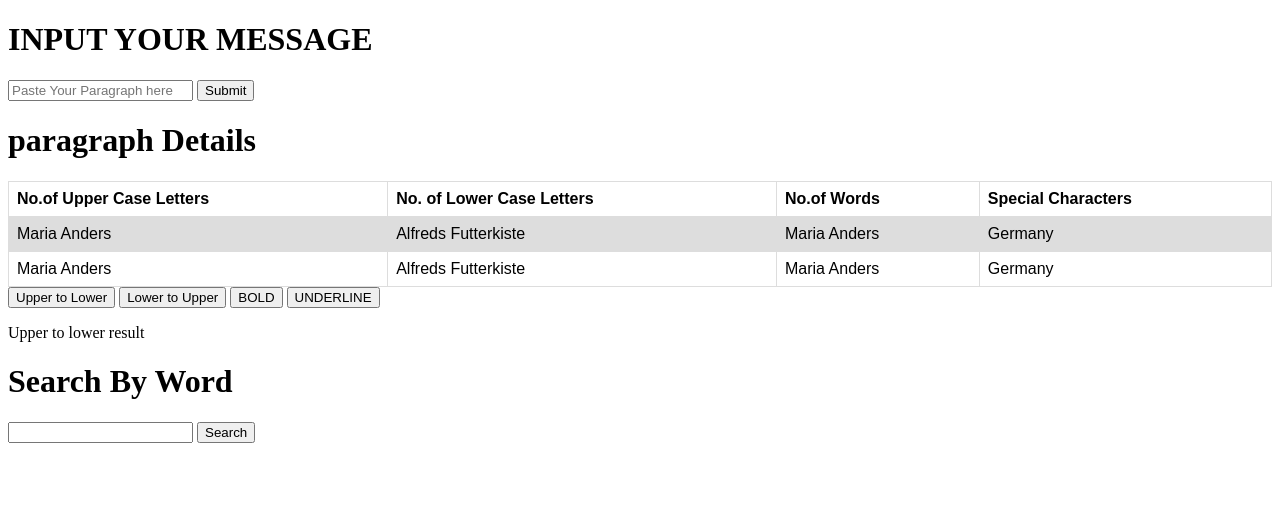
Repository: SharonSebastian32/Paragraph_management_application
Page: index.html
These files come from the project's save history. The page is drawn as it stood at one moment and after a run of saves; the edit follows.
The browser window is 1280 px wide. The pictures show the whole page.

Above is the page before, as saved 2024-08-22 14:39:59.

### index.html
<!DOCTYPE html>
<html lang="en">
  <head>
    <meta charset="UTF-8" />
    <meta name="viewport" content="width=device-width, initial-scale=1.0" />
    <title>Document</title>
    <link rel="stylesheet" href="./Style.css" />
  </head>
  <body>
    <div class="container">
      <h1>INPUT YOUR MESSAGE</h1>
      <form action="">
        <input
          type="textarea"
          name=""
          id=""
          placeholder="Paste Your Paragraph here"
        />
        <button>Submit</button>
      </form>
    </div>

    <div>
      <h1>paragraph Details</h1>
      <table>
        <tr>
          <th>No.of Upper Case Letters</th>
          <th>No. of Lower Case Letters</th>
          <th>No.of Words</th>
          <th>Special Characters</th>
        </tr>
        <tr>
          <td>Maria Anders</td>
          <td>Alfreds Futterkiste</td>
          <td>Maria Anders</td>
          <td>Germany</td>
        </tr>
        <tr>
          <td>Maria Anders</td>
          <td>Alfreds Futterkiste</td>
          <td>Maria Anders</td>
          <td>Germany</td>
        </tr>
      </table>
    </div>
    <div>
      <button>Upper to Lower</button>
      <button>Lower to Upper</button>
      <button>BOLD</button>
      <button>UNDERLINE</button>
    </div>
    <p>Upper to lower result</p>
    <p></p>
    <div>
      <h1>Search By Word</h1>
      <input type="text" name="" id="" />
      <button>Search</button>
    </div>
  </body>
</html>

Loaded but not shown: Style.css (common file)

After the next 2 saves:
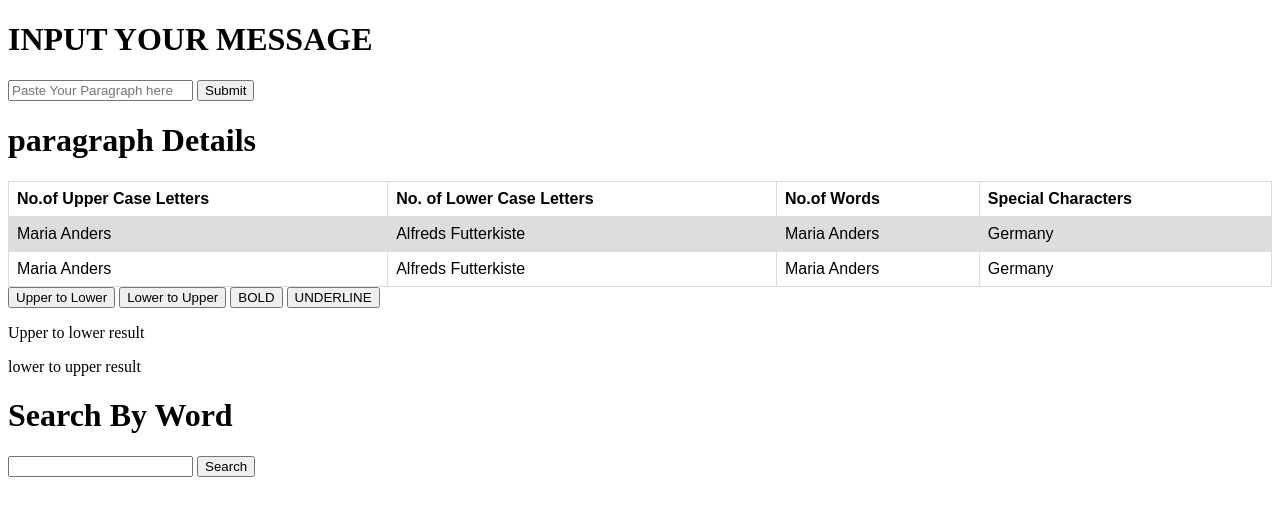
The 2 saves are shown as one change because they came seconds apart.
The last was saved 8 s later.
--- a/index.html
+++ b/index.html
@@ -50,7 +50,8 @@
       <button>UNDERLINE</button>
     </div>
     <p>Upper to lower result</p>
-    <p></p>
+    <p>lower to upper result</p>
+
     <div>
       <h1>Search By Word</h1>
       <input type="text" name="" id="" />
